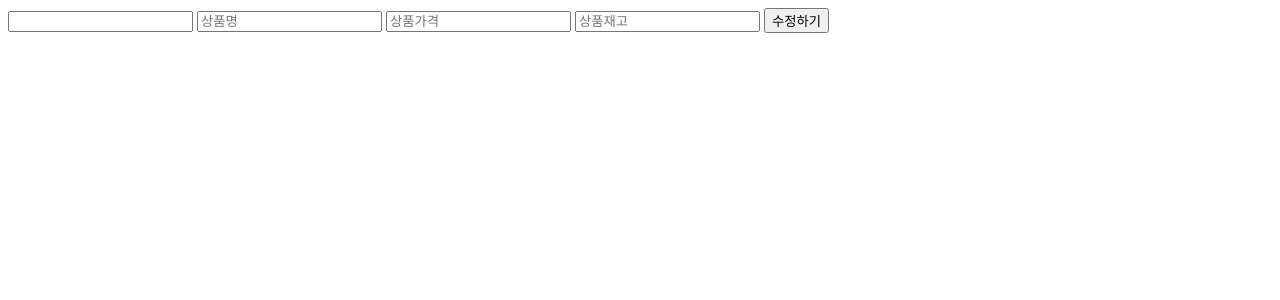
Repository: kys3189/jsp
Page: http://localhost/mybatis/update.jsp
An editor plug-in stored every save of this project. The page is shown before and after the next save, followed by the edit.
The browser window is 1280 px wide. The pictures show the whole page.
The page is served by Tomcat 9.

Above is the page before, as saved 2025-03-06 02:28:09.

After the next save:
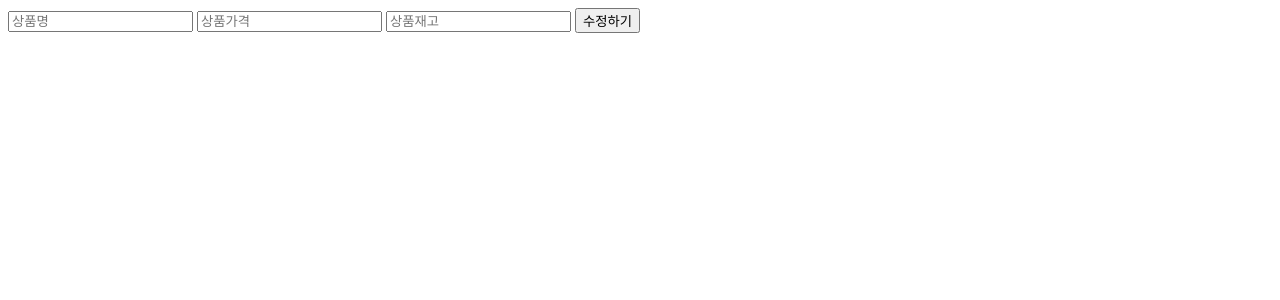
Saved 74 s later.
--- a/mybatis/src/main/webapp/update.jsp
+++ b/mybatis/src/main/webapp/update.jsp
@@ -9,7 +9,7 @@
 <body>
 	<form action="update" method="post">
 		<label>
-			<input type="text" name="id">
+			<input type="hidden" name="id">
 		</label>
 		<label>
 			<input type="text" name="productName" placeholder="상품명">
